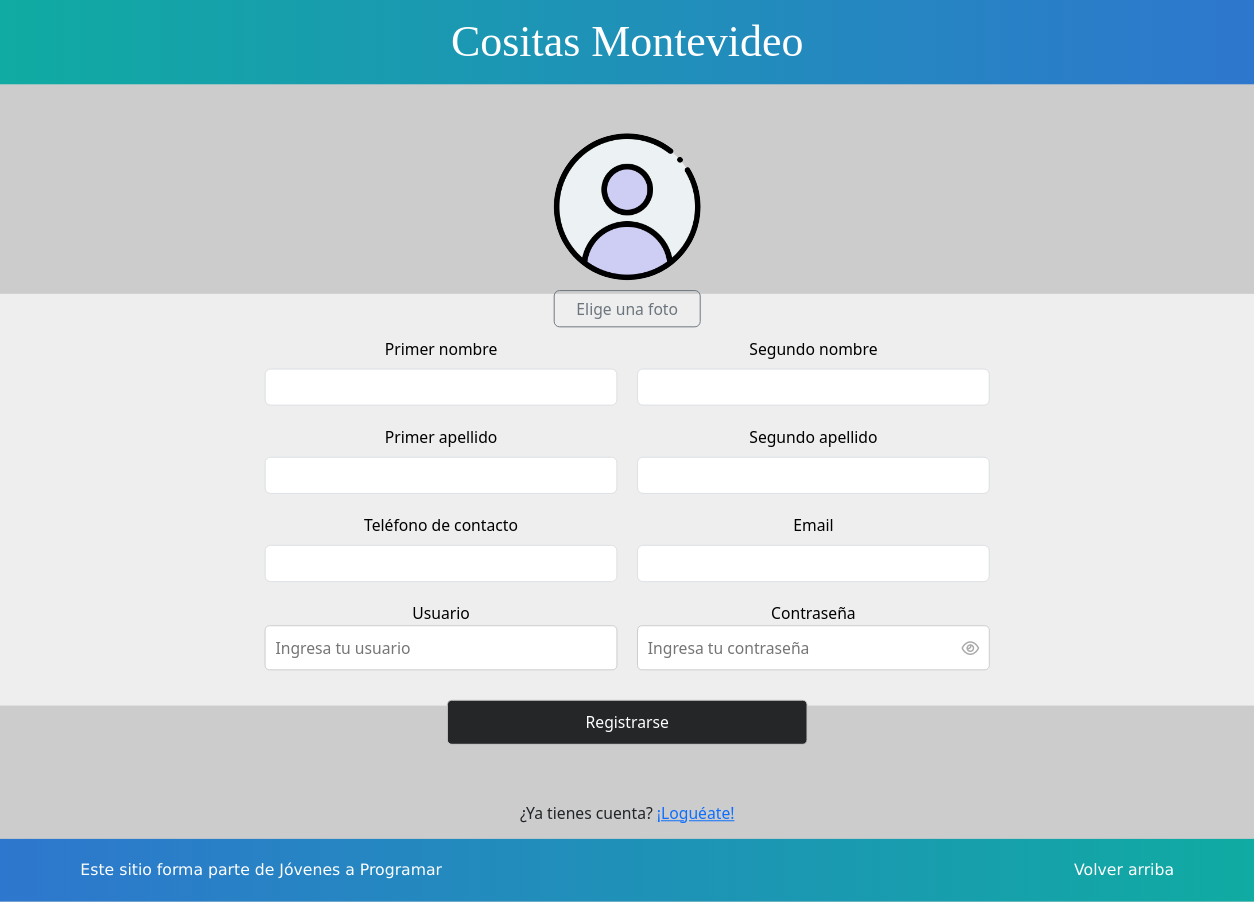
Repository: naticab/proyecto-dw
Page: registration.html
These files come from the project's save history. The page is drawn as it stood at one moment and after the next save; the edit follows.
The browser window is 1280 px wide. The pictures show the whole page, at 98% of full size.
Some web fonts or font styles are not loaded; a fallback is used.

Above is the page before, as saved 2024-10-23 15:27:36.
Console error: TypeError: Cannot read properties of null (reading 'classList')

### registration.html
<!DOCTYPE html>
<html lang="es">

<head>
    <meta charset="UTF-8">
    <meta name="viewport" content="width=device-width, initial-scale=1, shrink-to-fit=no">
    <title>eMercado - Todo lo que busques está aquí</title>

    <link href="https://fonts.googleapis.com/css?family=Raleway:300,300i,400,400i,700,700i,900,900i" rel="stylesheet">
    <link href="css/bootstrap.min.css" rel="stylesheet">
    <link href="https://cdn.jsdelivr.net/npm/bootstrap@5.3.0/dist/css/bootstrap.min.css" rel="stylesheet">
    <link href="https://cdn.jsdelivr.net/npm/@fortawesome/fontawesome-free/css/all.min.css" rel="stylesheet">
    <link href="css/styles.css" rel="stylesheet" type="text/css">
    <link rel="stylesheet" href="css/registration.css" type="text/css">
    <link href="css/header-and-footer.css" rel="stylesheet">
    <link href="https://fonts.googleapis.com/css2?family=Love+Ya+Like+A+Sister&display=swap" rel="stylesheet">
</head>

<body>

    <header>
        <div class="header-container">
            <h1>Cositas Montevideo</h1>
        </div>
    </header>


    <main>
        <div class="profile-container">
            <div class="profile-image">
                <img src="img/usuario.png" id="profilePic" alt="avatar">
                <input type="file" name="foto" id="foto" accept="image/*" style="display: none;" />
                <label for="foto" class="btn btn-outline-secondary">Elige una foto</label>
            </div>
            <form method="post" class="row" id="myForm">
                <div class="col-md-6">
                    <label for="nombre1" class="form-label">Primer nombre</label>
                    <input type="text" class="form-control" id="nombre1" name="nombre" required>
                    <div class="invalid-feedback">Debe ingresar un nombre.</div>
                </div>
                <div class="col-md-6">
                    <label for="nombre2" class="form-label">Segundo nombre</label>
                    <input type="text" class="form-control" id="nombre2" name="nombre2">
                </div>
                <div class="col-md-6">
                    <label for="apellido1" class="form-label">Primer apellido</label>
                    <input type="text" class="form-control" id="apellido1" name="apellido" required>
                    <div class="invalid-feedback">Debe ingresar un apellido.</div>
                </div>
                <div class="col-md-6">
                    <label for="apellido2" class="form-label">Segundo apellido</label>
                    <input type="text" class="form-control" id="apellido2" name="apellido2">
                </div>
                <div class="col-md-6">
                    <label for="telefono" class="form-label">Teléfono de contacto</label>
                    <input type="tel" class="form-control" id="telefono" name="telefono">
                </div>
                <div class="col-md-6">
                    <label for="email" class="form-label">Email</label>
                    <input type="email" class="form-control" id="email" name="email" required>
                    <div class="invalid-feedback">Debe ingresar un email.</div>
                </div>
                <div class="col-md-6">
                    <label for="username">Usuario</label>
                    <input type="text" id="username" name="username" placeholder="Ingresa tu usuario">
                </div>
                <div class="col-md-6">
                    <label for="password">Contraseña</label>
                    <div class="password-container">
                        <input type="password" id="password" name="password" placeholder="Ingresa tu contraseña">
                        <i class="far fa-eye" id="togglePassword"></i>
                    </div>
                </div>
                <div class="col-12 text-center">
                    <button type="submit" id="button">Registrarse</button>
                </div>
            </form>
            <br><br>
            <div>¿Ya tienes cuenta? <a href="login.html">¡Loguéate!</a></div>
        </div>
    </main>


    <footer class="text-center py-2">
        <div class="container">
            <div class="footer-content">
                <p class="footer-text">Este sitio forma parte de <a class="footer-link"
                        href="https://jovenesaprogramar.edu.uy/" target="_blank">Jóvenes a Programar</a></p>
                <p class="footer-link-end">
                    <a class="footer-link" href="#">Volver arriba</a>
                </p>
            </div>
        </div>
    </footer>

    <script src="js/bootstrap.bundle.min.js"></script>
    <script src="js/registration.js"></script>
    <script src="js/header-and-footer.js"></script>
</body>

</html>

### css/styles.css
.jumbotron,
.card-body,
.container,
.site-header {
  font-family: 'Verdana', serif !important;
}

.row {
  color: black;
}

#login-heading {
  font-size: 2rem;
}

.jumbotron .display-4 {
  font-weight: bold;
}

h2 {
  font-size: 2rem;
}

nav a {
  text-decoration: none;
}

.bd-placeholder-img {
  font-size: 1.125rem;
  text-anchor: middle;
  -webkit-user-select: none;
  -moz-user-select: none;
  -ms-user-select: none;
  user-select: none;
}

@media (min-width: 768px) {
  .bd-placeholder-img-lg {
    font-size: 3.5rem;
  }
}

.jumbotron {
  height: 50vh;
  padding: 5em inherit;
  margin-bottom: 0;
  background-color: #53C0FB;
  background: url('../img/cover_back.png');
  background-size: cover;
  background-position: center;
  background-repeat: no-repeat;
  color: black;
  font-weight: bold;
}

@media (min-width: 768px) {
  .jumbotron {
    padding-top: 6rem;
    padding-bottom: 6rem;
  }
}

.jumbotron p:last-child {
  margin-bottom: 0;
}

.jumbotron-heading {
  font-weight: 300;
}

.jumbotron .container {
  max-width: 40rem;
  background-color: rgba(255, 255, 255, 0.5);
  border-radius: 10px;
  text-shadow: 1px 1px 2px grey;
}

.jumbotron .lead {
  font-size: 38px;
}

.dropzone {
  border: 2px dashed #0087F7;
  border-radius: 5px;
  background: white;
}

.img-fit {
  max-height: 100%;
}

.alert {
  position: fixed;
  top: 80px;
  width: 50%;
  left: 50%;
  transform: translate(-50%, 0);
}

.lds-ring {
  display: inline-block;
  position: relative;
  width: 64px;
  height: 64px;
  top: 50%;
  left: 50%;
}

.cursor-active {
  cursor: pointer;
}

.left {
  float: left;
  padding: 4px;
  background-color: rgba(255, 255, 255, 0.5);
}

.lds-ring div {
  box-sizing: border-box;
  display: block;
  position: absolute;
  width: 51px;
  height: 51px;
  margin: 6px;
  border: 6px solid #fff;
  border-radius: 50%;
  animation: lds-ring 1.2s cubic-bezier(0.5, 0, 0.5, 1) infinite;
  border-color: #fff transparent transparent transparent;
}

.lds-ring div:nth-child(1) {
  animation-delay: -0.45s;
}

.lds-ring div:nth-child(2) {
  animation-delay: -0.3s;
}

.lds-ring div:nth-child(3) {
  animation-delay: -0.15s;
}

@keyframes lds-ring {
  0% {
    transform: rotate(0deg);
  }

  100% {
    transform: rotate(360deg);
  }
}

.signin {
  width: 100%;
  max-width: 330px;
  padding: 15px;
  margin: auto;
}

#spinner-wrapper {
  position: fixed;
  background-color: rgba(0, 0, 0, 0.5);
  width: 100%;
  height: 100%;
  top: 0;
  left: 0;
  z-index: 1021;
  display: none;
}

/* main {
  min-height: calc(100vh - 210px);
} */

a.custom-card,
a.custom-card:hover {
  color: inherit;
  text-decoration: inherit;
}

.checked {
  color: orange;
}

### css/registration.css
body {
    min-height: 100vh;
    background: linear-gradient(to bottom, #cccccc 300px, #eeeeee 300px);
    display: flex;
    flex-direction: column;
    margin: 0;
    padding: 0;
}


main {
    flex-grow: 1; /* Permite que el main crezca y ocupe todo el espacio disponible */
    display: flex;
    justify-content: center;
    align-items: center;
    margin-bottom: 50px; /* Añadir espacio inferior para evitar que el footer se solape */
}


.login-container {
    width: 30em;
    text-align: center;
}

input,
button {
    width: 100%;
    padding: 10px;
    margin: 10px 0;
    border-radius: 5px;
    border: 1px solid #ccc;
}

button {
    width: 50%;
    background-color: #252628;
    color: white;
    cursor: pointer;
}

button:hover {
    background-color: #3f3f3f;
}


.password-container {
    position: relative;
}

.password-container i {
    position: absolute;
    right: 10px;
    top: 50%;
    transform: translateY(-50%);
    cursor: pointer;
    color: #aaa;
}


header {
    background: #121219;
    color: #fff;
    width: 100%;
    display: flex;
    justify-content: center;
    align-items: center;
    padding: 1rem 0;
    box-sizing: border-box;
    /* Asegúrate de que el padding no afecte el ancho total */
    margin: 0;
}

.header-container {
    width: 100%;
    text-align: center;
}

h1 {
    font-family: "Love Ya Like A Sister", cursive;
    margin: 0;
}



@media (max-width: 768px) {
    .login-container {
        width: 25em;
    }
}

@media (max-width: 576px) {

    body {
        background-color: #AAA8A4;
    }

    .login-container {
        width: 20em;
        padding: 15px;
    }

    button {
        width: 50%;
    }

    input {
        margin: 5px 0;
    }

    footer {
        visibility: hidden;
    }
}







.bd-placeholder-img {
    font-size: 1.125rem;
    text-anchor: middle;
    -webkit-user-select: none;
    -moz-user-select: none;
    -ms-user-select: none;
    user-select: none;
}

@media (min-width: 768px) {
    .bd-placeholder-img-lg {
        font-size: 3.5rem;

    }

    html,
    body {
        height: 100%;
        margin: 0;
    }
}


.profile-container {
    display: flex;
    flex-direction: column;
    align-items: center;
    padding-top: 50px;
    margin: 0 auto;
    max-width: 800px;
    padding: 50px 20px 20px 20px;
    height: 100%;
}

.profile-image img {
    border-radius: 50%;
    width: 150px;
    height: 150px;
}

form {
    max-width: 800px;
    width: 100%;
}

label {
    display: block;
    text-align: center;
}

button {
    margin-top: 20px;
}

input {
    display: block;
    margin: 0 auto;
}

.row {
    display: flex;
    flex-wrap: wrap;
    justify-content: center;
}

.col-md-6 {
    width: 50%;
    padding: 10px;
}

.btn-outline-secondary {
    display: block;
    margin-top: 10px;
}

### css/header-and-footer.css
header {
    background: linear-gradient(to right, #10ABA2, #2E77CE);
    color: #fff;
    position: relative;
}

h1 {
    font-family: "Love Ya Like A Sister", cursive;
    font-size: 2.8rem;
}

a#inicio {
    color: #f1f1f1;
    text-decoration: none;
}

a#inicio:hover {
    color: white;
    transition: color 0.3s, text-shadow 0.3s;
}

.subtitulos-header {
    font-size: 1.2rem;
}

a.nav-link {
    color: #f1f1f1;
}

a.nav-link:hover {
    color: #9b9a9b;
    transition: color 0.3s, text-shadow 0.3s;
    transform: scale(1.05);
}

/* Espaciado entre los elementos del menú */
.navbar-nav .nav-item {
    margin-right: 40px;
}

.navbar-nav .nav-item:last-child {
    margin-right: 0;
    /* Quitar margen derecho al último elemento */
}

#user-name.nav-link {
    color: #f1f1f1;
}

#user-name.nav-link:hover {
    color: #9b9a9b;
    transform: scale(1.05);
    transition: color 0.3s, text-shadow 0.3s;
}

.navbar-collapse {
    justify-content: flex-end;
}

.navbar-toggler:hover {
    cursor: pointer;
}


.user-avatar {
    border-radius: 50%;
    width: 50px;
    height: 50px;
}

.user-avatar:hover {
    transform: scale(1.10);
    transition: 0.3s;
}

.navbar-nav .dropdown-menu {
    background: linear-gradient(to right, #10ABA2, #2E77CE);
    border: none;
}

.navbar-nav .dropdown-menu:hover {
    cursor: pointer;
    color: #9b9a9b;
    transition: color 0.3s, text-shadow 0.3s;
}

.dropdown-toggle::after {
    display: none;
}

.navbar-nav .nav-link {
    display: flex;
    align-items: center;
    height: 100%;
    padding: 0.5rem 0;
}



/* Modo Claroscuro */

/* Modo Claro */
body.light-mode {
    background-color: #edf2f374;
}

body.light-mode .product-card:hover {
    box-shadow: 0 4px 8px #16161633;
    background-color: #bef3ff91;
    cursor: pointer;
}

body.light-mode .related-products:hover {
    box-shadow: #00000033;
    background-color: #bef3ff91;
    cursor: pointer;
}



/* Modo Oscuro */
body.dark-mode {
    background-color: #262729;
    color: rgb(208, 208, 208);
}

body.dark-mode .product-card:hover {
    box-shadow: 0 4px 8px #16161633;
    background-color: #bef3ff;
    cursor: pointer;
}

body.dark-mode .related-products:hover {
    box-shadow: #00000033;
    background-color: #bef3ff;
    cursor: pointer;
}

body.dark-mode .color-letters {
    color: white;
}


/* Palanca para activar el claroscuro */

#mode-toggle {
    border: none;
    outline: none;
    box-shadow: none;
}

#mode-toggle i {
    transition: color 0.3s;
    font-size: 1.2rem;
    cursor: pointer;
    color: #ffffff;
}

#mode-toggle:hover {
    background: none;
    transform: scale(1.05);
}

#mode-toggle:hover .fa-sun {
    color: #ffd700;
}

#mode-toggle:hover .fa-moon {
    color: #000000;
}



/* Cart */

#cart-button {
    border: none;
    outline: none;
    box-shadow: none;
    background-color: transparent;
}

#cart-button i {
    transition: color 0.3s;
    font-size: 1.2rem;
    color: #ffffff;
}

#cart-button i:hover {
    color: #9B9A9B;
    transform: scale(1.05);
}




@media (max-width: 995px) {

    .hamburger {
        display: flex;
        flex-direction: row;
        align-items: center;
        justify-content: space-between;
    }

    .navbar-toggler {
        position: relative;
        right: 0;
    }

    .navbar-collapse {
        display: none;
        position: absolute;
        top: 148%;
        left: -45px;
        width: 270%;
        z-index: 999;
        flex-direction: column-reverse;
        align-items: center;
        justify-content: center;
    }

    .navbar-collapse.show {
        display: flex;
    }

    .navbar-nav {
        background: linear-gradient(to right, #10ABA2, #2E77CE);
        color: #fff;
        padding: 1.5rem;
        border-radius: 0 0 100px 100px;
        font-weight: bold;
        text-align: center;
        display: flex;
        justify-content: center;
        /* Centra horizontalmente todos los li */
        align-items: center;
        /* Centra verticalmente los li */
        width: 100%;
    }

    .navbar-toggler-icon {
        background-image: url('data:[embedded picture, 238 characters]');
        filter: brightness(0) invert(1);
        /* Cambia el icono a blanco */
    }

    .navbar-toggler:focus {
        outline: none;
        box-shadow: none;
    }


    .navbar-nav:hover {
        cursor: pointer;
    }

    a.nav-link:hover {
        color: #9b9a9b;
        transition: color 0.3s, text-shadow 0.3s;
        transform: scale(1.05);
    }

    .navbar-nav .nav-item {
        margin: 10px 0;
    }
}


footer {
    background: linear-gradient(to right, #2E77CE, #10ABA2);
    color: #fff;
    min-height: 4rem;
    display: flex;
    justify-content: center;
    align-items: center;
    padding: 0 1rem;
}

.container {
    width: 100%;
}

.footer-content {
    display: flex;
    justify-content: space-between;
    width: 100%;
    align-items: center;
}

.footer-text {
    margin: 0;
    text-align: center;
}

.footer-link-end {
    margin: 0;
    text-align: right;
}

.footer-link {
    color: #fff;
    text-decoration: none;
}

.footer-link:hover {
    color: #9b9a9b;
    transition: color 0.3s, text-shadow 0.3s;
    transform: scale(1.05);
}


/* Menú desplegable del usuario */

@media (max-width: 995px) {
    .navbar-nav .dropdown-menu {
        width: auto;
        min-width: 150px;
        max-width: 200px;
        left: 0;
        right: auto;
        top: 100%;
        position: relative;
        z-index: 1000;
    }

    .dropdown-menu>li {
        padding: 0.05rem;

    }

    .dropdown-item {
        width: 100%;
        white-space: normal;
    }
}

main {
    min-height: 100vh;
    /* El contenido ocupará al menos el 100% de la altura de la ventana */
    padding-bottom: 30px;
    /* Da espacio suficiente para que el contenido no se superponga con el footer */
    box-sizing: border-box;
}

### js/registration.js
document.getElementById('togglePassword').addEventListener('click', function () {
  const passwordField = document.getElementById('password');
  const type = passwordField.getAttribute('type') === 'password' ? 'text' : 'password';
  passwordField.setAttribute('type', type);

  this.classList.toggle('fa-eye-slash');
});

document.getElementById('myForm').addEventListener('submit', function (event) {
  // Evitar que el formulario se envíe al servidor
  event.preventDefault();

  const username = document.getElementById('username').value;
  const password = document.getElementById('password').value;

  if (username !== '' && password !== '') {
      alert('¡Bienvenido! Muchas gracias por registrarte con nosotros');

      localStorage.setItem('isAuthenticated', 'true');
      localStorage.setItem('username', username);

      window.location.href = 'index.html';
  } else {
      alert('Por favor, ingresa un usuario y contraseña válidos.');
  }
});



document.addEventListener("DOMContentLoaded", function () {
    const defaultFile = 'img/usuario.png';
    const fileInput = document.getElementById('foto');
    const profilePic = document.getElementById('profilePic');
    const userImageElement = document.getElementById('user-image');
    const userImage = userImageElement ? userImageElement.querySelector('img') : null;

    // Cargar la imagen de perfil desde localStorage
    const savedImage = localStorage.getItem('profileImage');
    if (savedImage) {
      profilePic.src = savedImage; // Actualiza la imagen en el perfil
      if (userImage) userImage.src = savedImage; // Actualiza la imagen en el header
    } else {
      profilePic.src = defaultFile; // Imagen por defecto
      if (userImage) userImage.src = defaultFile; // Imagen por defecto
    }

    fileInput.addEventListener('change', e => {
      if (e.target.files[0]) {
        const reader = new FileReader();
        reader.onload = function (e) {
          const imageBase = e.target.result;
          profilePic.src = imageBase; // Actualiza la imagen en el perfil
          if (userImage) userImage.src = imageBase; // Actualiza la imagen en el header
          localStorage.setItem('profileImage', imageBase); // Guarda la imagen en localStorage
        };
        reader.readAsDataURL(e.target.files[0]); // Lee el archivo como URL en Base64
      } else {
        profilePic.src = defaultFile; // Imagen por defecto
        if (userImage) userImage.src = defaultFile; // Imagen por defecto
        localStorage.removeItem('profileImage'); // Eliminar imagen de localStorage
      }
    });

    // Recuperar los datos guardados en localStorage al cargar la página
    const nombre1 = document.getElementById("nombre1");
    const apellido = document.getElementById("apellido1");
    const email = document.getElementById("email");

    if (localStorage.getItem("nombre")) {
      nombre1.value = localStorage.getItem("nombre");
    }

    if (localStorage.getItem("apellido")) {
      apellido.value = localStorage.getItem("apellido");
    }

    if (localStorage.getItem("userEmail")) {
      email.value = localStorage.getItem("userEmail");
    }

    // Validación del formulario y guardar datos en localStorage
    document.getElementById("regBtn").addEventListener("click", function (e) {
      e.preventDefault(); // Evita el envío del formulario
      let isValid = true;

      // Validar campos requeridos
      if (!nombre1.value.trim()) {
        nombre1.classList.add("is-invalid");
        isValid = false;
      } else {
        nombre1.classList.remove("is-invalid");
        nombre1.classList.add("is-valid");
      }

      if (!apellido.value.trim()) {
        apellido.classList.add("is-invalid");
        isValid = false;
      } else {
        apellido.classList.remove("is-invalid");
        apellido.classList.add("is-valid");
      }

      // Validación del email usando una expresión regular para verificar que tenga @
      const emailRegex = /^[^\s@]+@[^\s@]+\.[^\s@]+$/;
      if (!email.value.trim() || !emailRegex.test(email.value)) {
        email.classList.add("is-invalid");
        isValid = false;
      } else {
        email.classList.remove("is-invalid");
        email.classList.add("is-valid");
      }

      // Si todo es válido, guardar en localStorage
      if (isValid) {
        localStorage.setItem("nombre", nombre1.value);
        localStorage.setItem("apellido", apellido.value);
        localStorage.setItem("userEmail", email.value);
        alert("Datos guardados con éxito.");
      }
    });
  });

### js/header-and-footer.js
document.addEventListener('click', function(event) {
    var navbar = document.querySelector('.navbar-collapse');
    var toggler = document.querySelector('.navbar-toggler');

    // Si el menú está abierto y se hace clic fuera de él, lo cierra
    if (navbar.classList.contains('show') && !navbar.contains(event.target) && !toggler.contains(event.target)) {
        var bsCollapse = new bootstrap.Collapse(navbar, {
            toggle: false
        });
        bsCollapse.hide();
    }
});

// Cerrar el menú automáticamente al hacer clic en cualquier enlace
var navLinks = document.querySelectorAll('.nav-link');
navLinks.forEach(function(link) {
    link.addEventListener('click', function() {
        var navbar = document.querySelector('.navbar-collapse');
        var bsCollapse = new bootstrap.Collapse(navbar, {
            toggle: false
        });
        bsCollapse.hide();
    });
});


// Modo Claroscuro

// Seleccionar el botón y el icono
const modeToggle = document.getElementById("mode-toggle");
const themeIcon = document.getElementById("theme-icon");

// Establecer el modo inicial según el modo de color preferido del navegador
if (localStorage.getItem("theme") === "dark") {
    document.body.classList.add("dark-mode");
    themeIcon.classList.remove("fa-moon");
    themeIcon.classList.add("fa-sun");
} else {
    document.body.classList.add("light-mode");
    themeIcon.classList.remove("fa-sun");
    themeIcon.classList.add("fa-moon");
}

// Función para alternar entre modos
modeToggle.addEventListener("click", () => {
    document.body.classList.toggle("dark-mode");
    document.body.classList.toggle("light-mode");

    // Cambiar el icono y guardar la preferencia en localStorage
    if (document.body.classList.contains("dark-mode")) {
        themeIcon.classList.remove("fa-moon");
        themeIcon.classList.add("fa-sun");
        localStorage.setItem("theme", "dark");
    } else {
        themeIcon.classList.remove("fa-sun");
        themeIcon.classList.add("fa-moon");
        localStorage.setItem("theme", "light");
    }
});

Loaded but not shown: css/bootstrap.min.css (library); js/bootstrap.bundle.min.js (library)

After the next save:
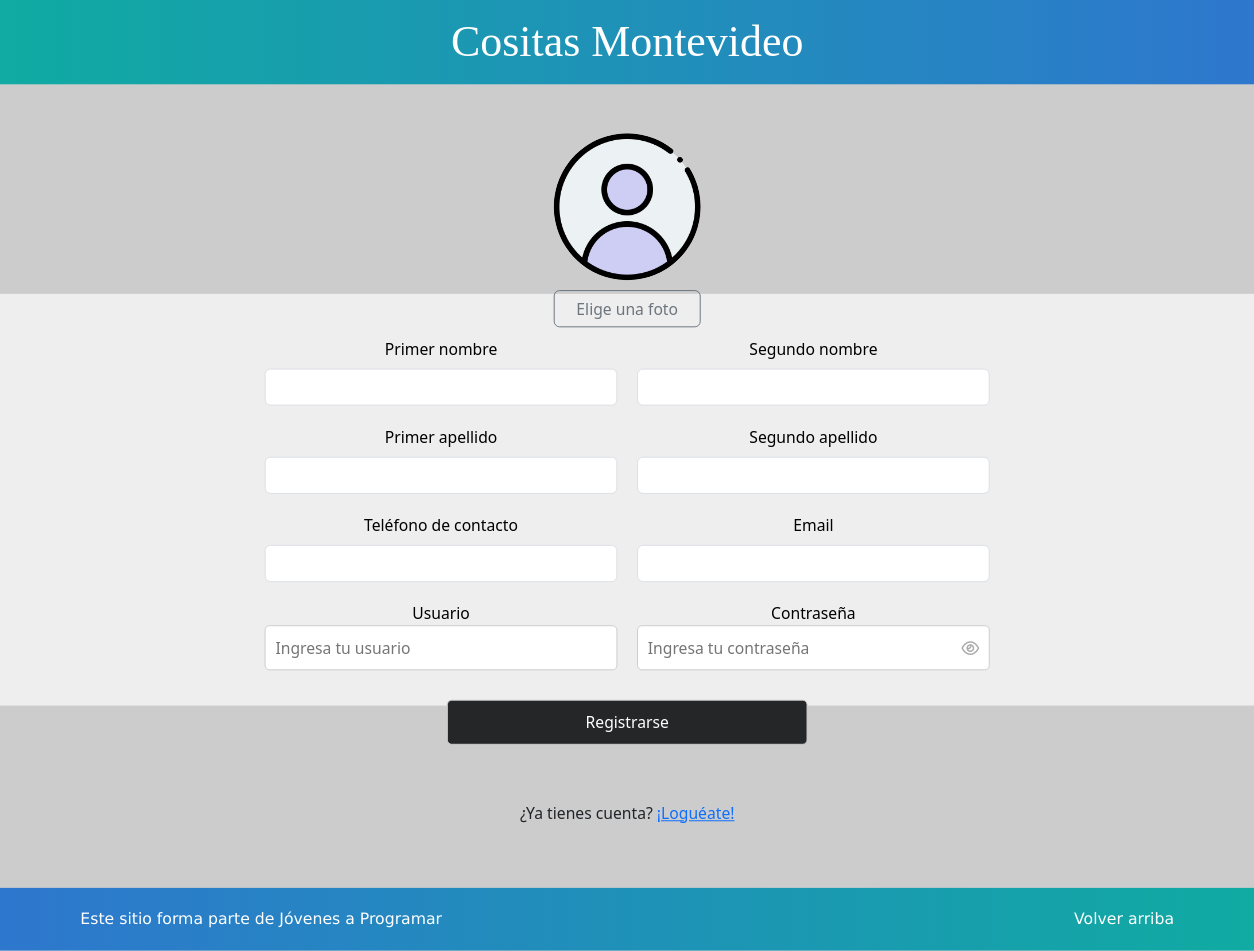
Saved 8 s later.
--- a/css/registration.css
+++ b/css/registration.css
@@ -13,7 +13,7 @@ main {
     display: flex;
     justify-content: center;
     align-items: center;
-    margin-bottom: 50px; /* Añadir espacio inferior para evitar que el footer se solape */
+    margin-bottom: 100px; /* Añadir espacio inferior para evitar que el footer se solape */
 }
 
 
